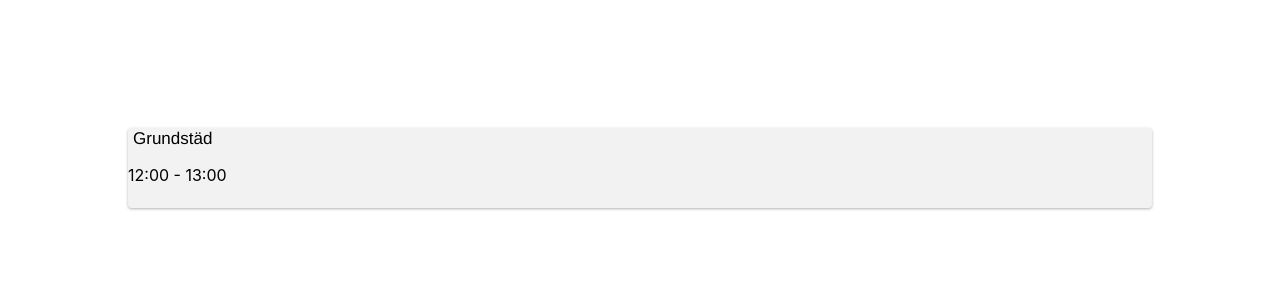
Repository: AdrianaLarsson/learning-react-adriana
Page: /
An editor plug-in stored every save of this project. The page is shown before and after a run of saves, followed by the edit.
The browser window is 1280 px wide. The pictures show the whole page.
The project was rebuilt for these pictures with package versions that can differ from the ones it lists, and the page was loaded fresh each time. Also part of the build but not shown: src/App.css, src/components/pixiLearn/pixi-learning.js, src/components/pixiLearn/reactTimline/timelinegant.js, src/components/pixiLearn/waypoint-mobile/navbaren.js, src/components/pixiLearn/waypoint-mobile/box-name-day-time.js, src/components/pixiLearn/waypoint-mobile/teamname.js, src/components/pixiLearn/waypoint-mobile/perosnal.js, src/components/pixiLearn/waypoint-mobile/trainsinfo.js and 3 more. Imported but missing from the stored project, and not drawn on this page: src/components/pixiLearn/styledComponentsWay/homestyles.

Above is the page before, as saved 2021-02-26 13:57:28.

After the next 6 saves:
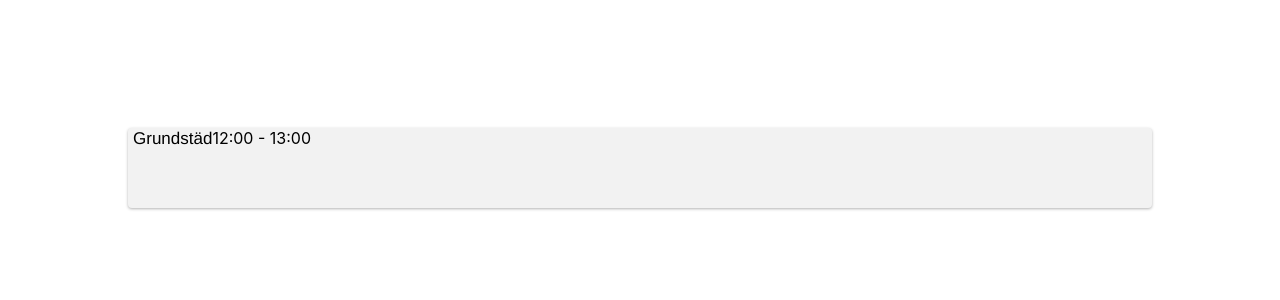
The 6 saves are shown as one change because they came seconds apart.
The last was saved 15 s later.
--- a/src/components/pixiLearn/atomic-design/headBadge/headerBadge.js
+++ b/src/components/pixiLearn/atomic-design/headBadge/headerBadge.js
@@ -5,7 +5,7 @@ function headerBadge() {
     return (
         <div>
            <Badge><B4>Grundstäd</B4>
-           <p style={{display:'flex'}}>12:00 - 13:00</p>
+           <p style={{display: 'inline'}}>12:00 - 13:00</p>
            </Badge>
         </div>
     )
